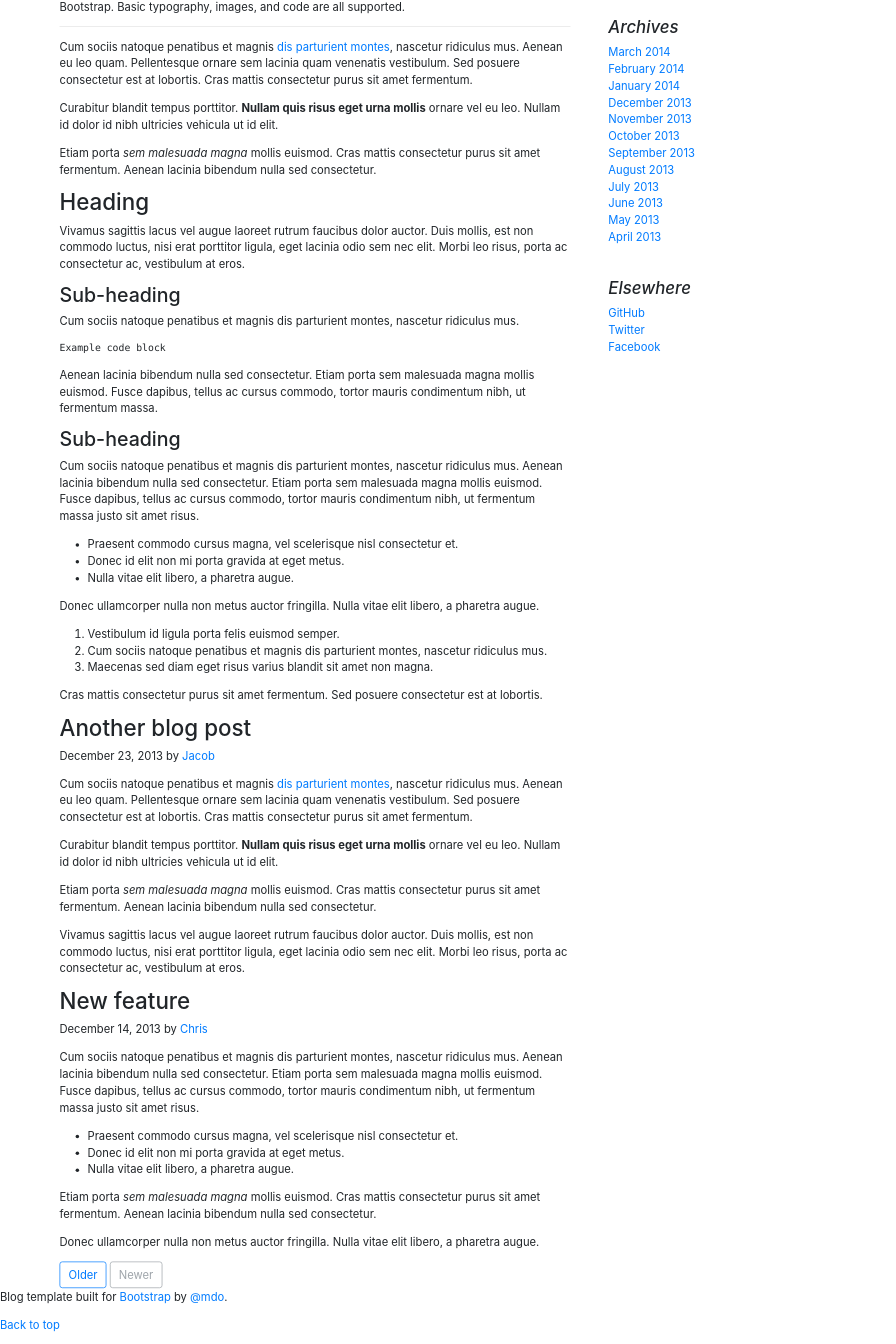
Repository: konstantin0s/wordpress-bootstrap
Page: index.html
These files come from the project's save history. The page is drawn as it stood at one moment and after the next save; the edit follows.
The browser window is 1280 px wide. The pictures show the part of the page from y = 1013 to 2933 px (the page is 2933 px tall before and 2893 px after), at 70% of full size.

Above is the page before, as saved 2019-05-14 17:52:14.

After the next save:
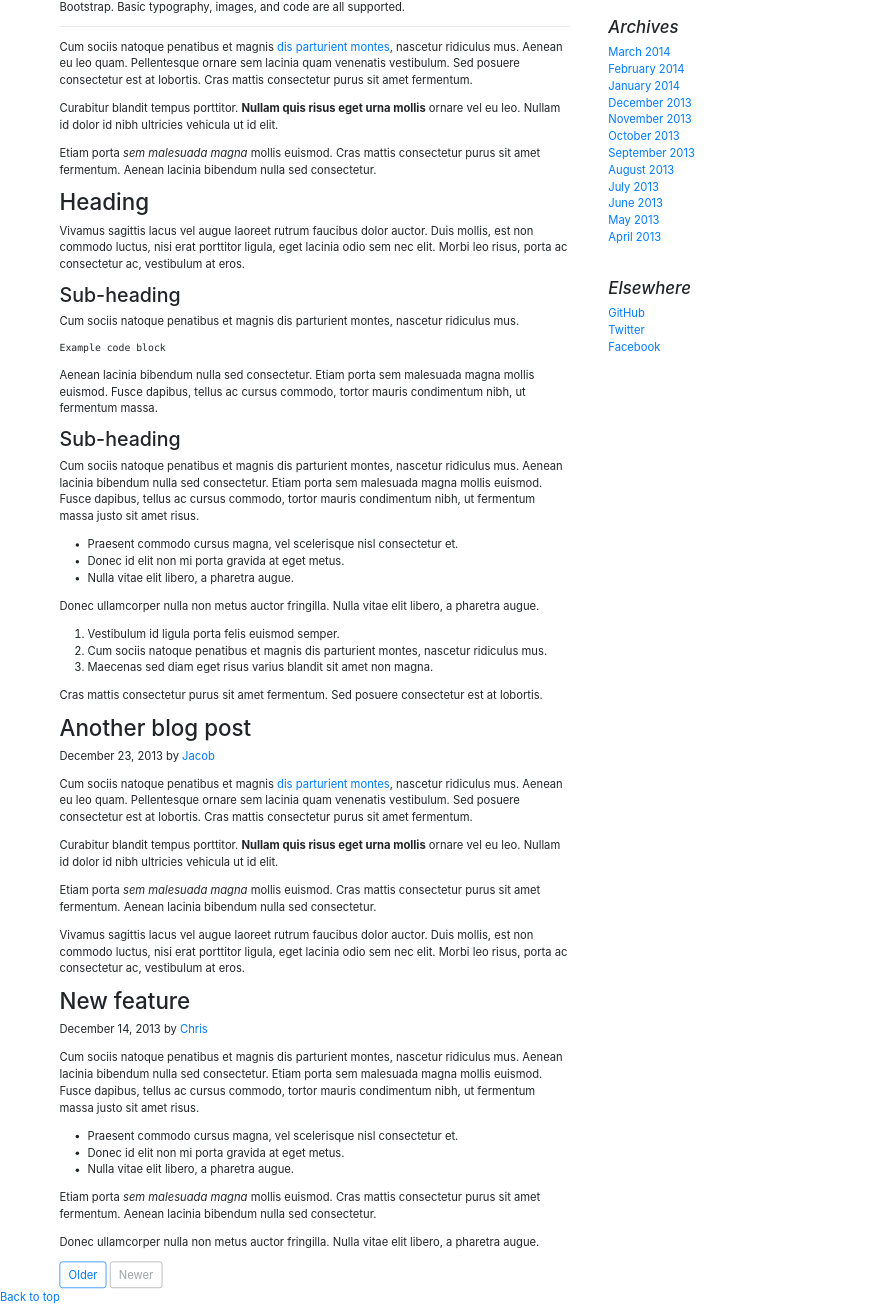
Saved 5 min 37 s later.
--- a/index.html
+++ b/index.html
@@ -224,7 +224,7 @@
 </main><!-- /.container -->
 
 <footer class="blog-footer">
-  <p>Blog template built for <a href="https://getbootstrap.com/">Bootstrap</a> by <a href="https://twitter.com/mdo">@mdo</a>.</p>
+
   <p>
     <a href="#">Back to top</a>
   </p>
